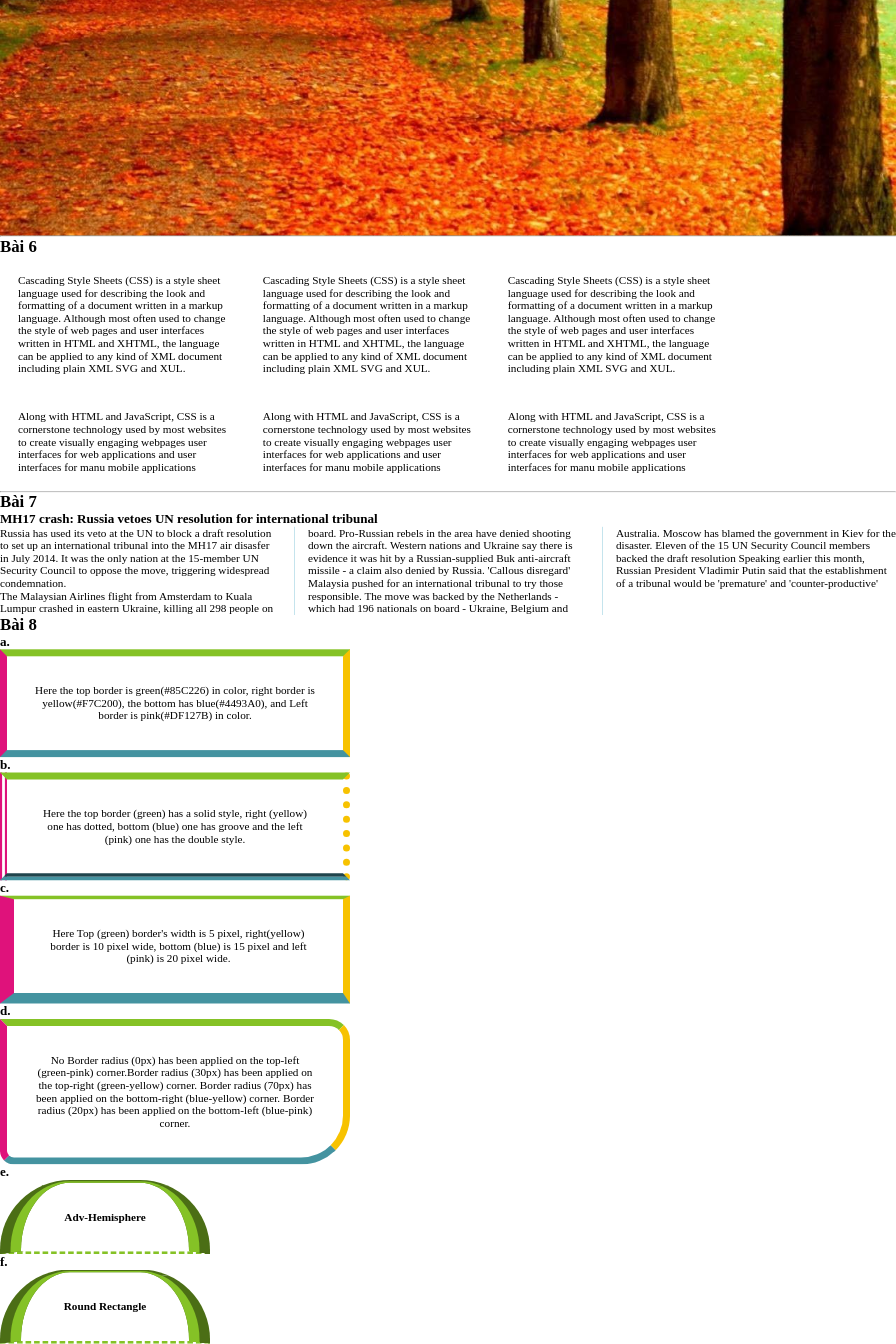
Repository: hoangnguyen1903/STT_21084321_NguyenHuyHoang_DHKHMT17B
Page: html/index.html
These files come from the project's save history. The page is drawn as it stood at one moment and after the next save; the edit follows.
The browser window is 1280 px wide. The pictures show the part of the page from y = 1621 to 3541 px (the page is 3541 px tall before and 3533 px after), at 70% of full size.

Above is the page before, as saved 2023-03-03 14:56:41.

After the next save:
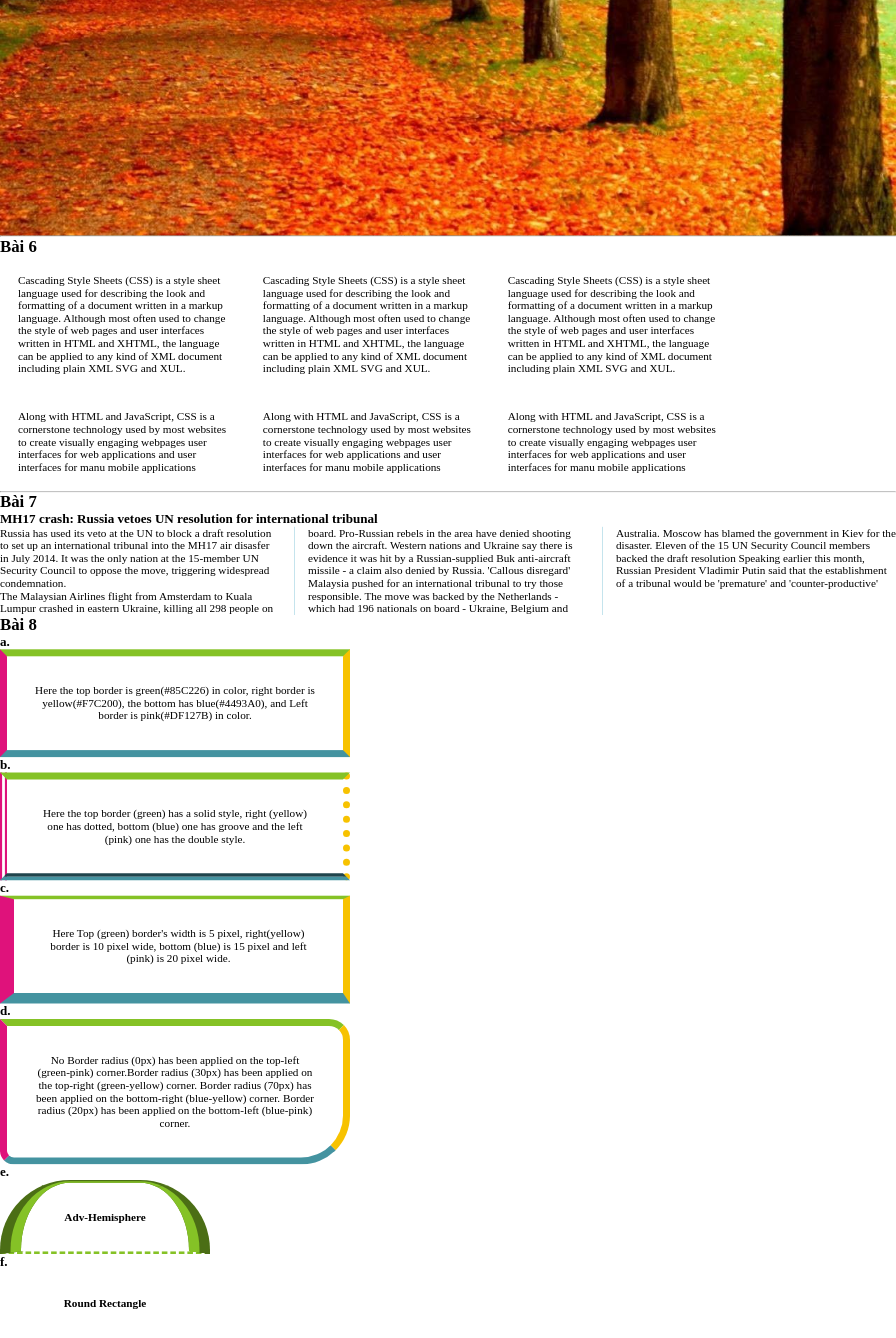
Saved 22 s later.
--- a/html/index.html
+++ b/html/index.html
@@ -606,7 +606,7 @@
       <h3><b>e.</b></h3>
       <div class="bai8e">Adv-Hemisphere</div>
       <h3><b>f.</b></h3>
-      <div class="bai8e">Round Rectangle</div>
+      <div class="bai8f">Round Rectangle</div>
     </div>
   </body>
 </html>
